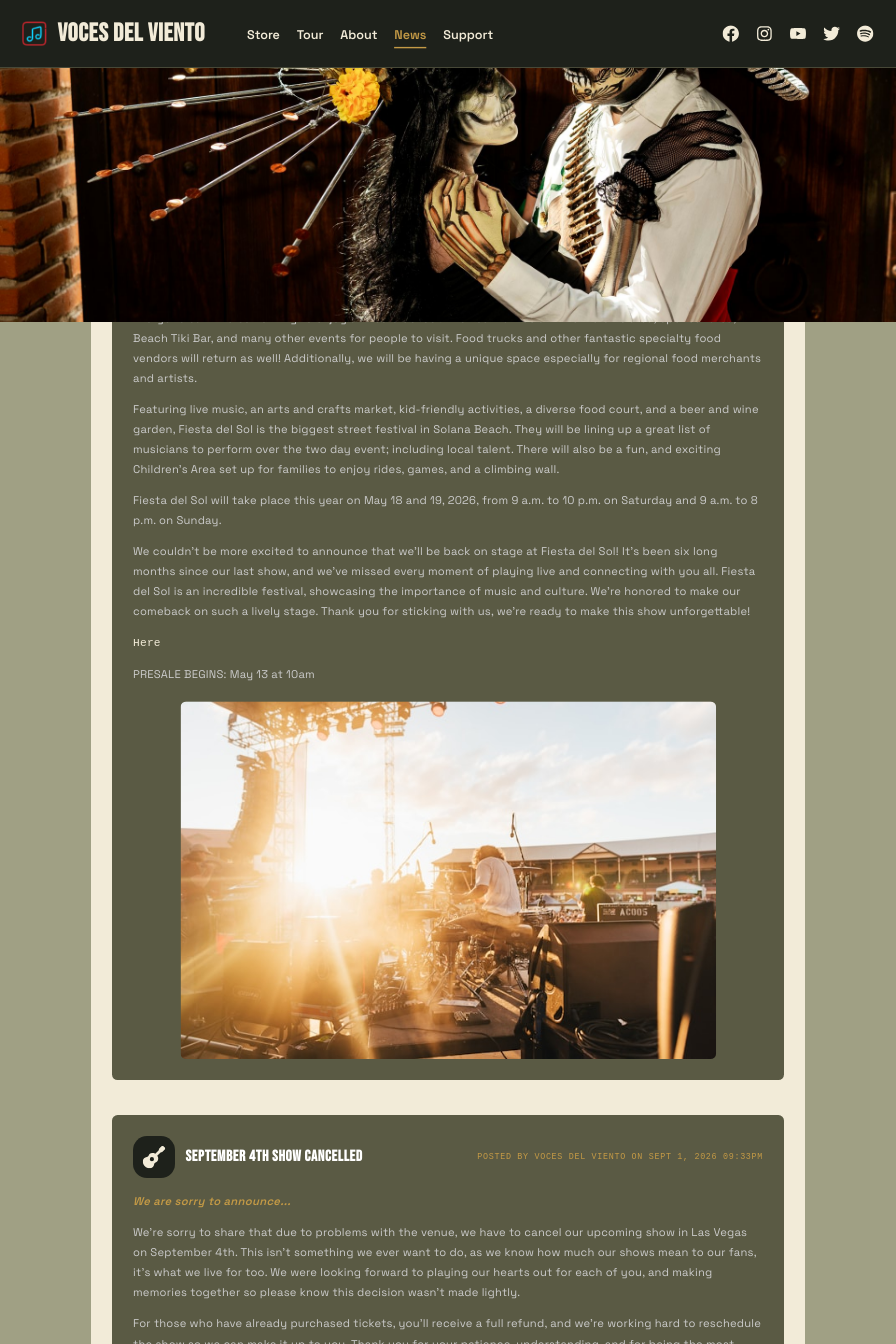
Repository: lime929/voices-del-viento
Page: /news
These files come from the project's save history. The page is drawn as it stood at one moment and after the next save; the edit follows.
The browser window is 1280 px wide. The pictures show the part of the page from y = 0 to 1920 px (the page is 4973 px tall before and 5433 px after), at 70% of full size.
The project was rebuilt for these pictures with package versions that can differ from the ones it lists, and the page was loaded fresh each time. The framework's server and built-in components were replaced by stand-ins that run in the browser. Also part of the build but not shown: next.config.mjs.

Above is the page before, as saved 2026-09-26 21:25:05.

### app/layout.jsx
import '../app/globals.css';
import Footer from '../app/components/Footer';
import NavBar from '../app/components/NavBar';


export const metadata = {
  title: "Voces del Viento",
  description:
    "Voces del Viento is a Mexican indie rock band from Michoacán, blending classic Latin rock influences with modern sounds inspired by Caifanes, Juanes, and Los Enanitos Verdes. Discover their heartfelt music, cultural roots, and energetic live performances.",
  keywords: [
    "Voces del Viento",
    "Mexican indie rock",
    "Michoacán, Mexico",
    "Latin rock",
    "Alternative music",
    "band from Mexico",
    "indie music",
  ],
};

export default function MainLayout({ children }) {
  return (
    <html lang="en">
      <body>
        <NavBar />
        {children}
        <Footer />
      </body>
    </html>
  );
}

### app/news/page.jsx
import styles from "./page.module.css";
import Image from "next/image";
import Post from "../components/Post";
import posts from "./posts.json";
import banner from "../../public/images/news/banner.jpg";

export const metadata = {
  title: "Voces del Viento | News",
  description: "Stay up to date with the latest news and updates from Voces del Viento.",
    keywords: [
    "Voces del Viento",
    "news",
    "Music news",
    "band updates",
    "Concert announcements",
    "Album releases",
    "Live performances",
    "Live updates",
  ]
}

export default function NewsPage() {
  return (
    <>
      <Image
        src={banner}
        alt="Band with Mariachi outfits performing on stage"
        sizes="100vw"
        className={styles.bannerImage}
        priority
      />

      <div className={styles.newsContainer}>
        <h2 className={styles.newsTitle}>Music News</h2>

        {posts.map((post) => (
          <Post key={post.id} post={post} />
        ))}
      </div>
    </>
  );
}

### app/globals.css
/* @import url("https://fonts.googleapis.com/css2?family=Bebas+Neue&family=DM+Sans:opsz,wght@9..40,400;9..40,500;9..40,600;9..40,700&family=Space+Mono:wght@400;700&display=swap");
@import url('https://fonts.googleapis.com/css2?family=Space+Grotesk:wght@300..700&display=swap'); */

@import url('https://fonts.googleapis.com/css2?family=Archivo+Black&family=Bebas+Neue&family=DM+Sans:ital,opsz,wght@0,9..40,100..1000;1,9..40,100..1000&family=Oswald:wght@200..700&family=Roboto+Mono:ital,wght@0,100..700;1,100..700&family=Space+Grotesk:wght@300..700&display=swap');
@import "tailwindcss";

@theme {
      /* Large headings and album titles */
  --font-display: "Bebas Neue", sans-serif;
    /* Paragraphs, navigation, and buttons */
  --font-body: "Space Grotesk", sans-serif;
    /* Dates, labels, and small details */
  --font-mono: "Space Mono", monospace;

    /* Main page background */
  --color-band-bg: #A0A084;
    /* Main text, dark sections & footer */
  --color-band-ink: #1E211B;
    /* Text on dark/red backgrounds */
  --color-band-cream: #F2EBD8;
    /* Borders and secondary accents */
  --color-band-olive: #5a5a44;
    /* Small highlights and labels */
  --color-band-gold: #C49A46;
}

body {
  font-family: var(--font-body);
  background-color: var(--color-band-bg);
  color: var(--color-band-ink);
  margin: 0;
  padding: 0;
}

### app/components/Footer.jsx
'use client';

import { usePathname } from "next/navigation";
export default function Footer() {
    const pathname = usePathname();

  return (
    <footer className="border-t border-band-olive bg-band-ink py-8 px-4 sm:px-6">
      <div className="mx-auto max-w-6xl">
        <div className="flex flex-col items-center justify-between gap-8 text-sm md:flex-row">
          {/* Copyright */}
          <div className="order-2 text-center md:order-1 md:text-left">
            <p className="font-semibold text-band-cream">
              © {new Date().getFullYear()}{' '}
              <span className="font-black text-band-cream">Voices Del Viento</span>
            </p>
            <p className="mt-1 font-mono text-xs tracking-wider text-band-gold">
              Made with Next.js, React & Tailwind by Liliana Mendez
            </p>
          </div>

          {/* Right links */}
          <nav className="order-1 flex items-center gap-6 md:order-2">
            <a
              href="/store"
              className={`${
                      pathname === "/store" ? "border-b-2 border-band-gold text-band-gold" : "border-b-2 border-transparent text-band-cream hover:text-band-gold hover:border-band-gold"
                    } text-sm font-semibold pb-1 transition-all`}
            >
              Store
            </a>
            <a
              href="/tour"
              className={`${
                      pathname === "/tour" ? "border-b-2 border-band-gold text-band-gold" : "border-b-2 border-transparent text-band-cream hover:text-band-gold hover:border-band-gold"
                    } text-sm font-semibold pb-1 transition-all`}
            >
              Tour
            </a>
            <a
              href="/about"
              className={`${
                      pathname === "/about" ? "border-b-2 border-band-gold text-band-gold" : "border-b-2 border-transparent text-band-cream hover:text-band-gold hover:border-band-gold"
                    } text-sm font-semibold pb-1 transition-all`}
            >
              About
            </a>
            <a
              href="/news"
              className={`${
                      pathname === "/news" ? "border-b-2 border-band-gold text-band-gold" : "border-b-2 border-transparent text-band-cream hover:text-band-gold hover:border-band-gold"
                    } text-sm font-semibold pb-1 transition-all`}
            >
              News
            </a>
            <a
              href="/support"
              className={`${
                      pathname === "/support" ? "border-b-2 border-band-gold text-band-gold" : "border-b-2 border-transparent text-band-cream hover:text-band-gold hover:border-band-gold"
                    } text-sm font-semibold pb-1 transition-all`}
            >
              Support
            </a>
          </nav>
        </div>
      </div>
    </footer>
  );
}

### app/components/NavBar.jsx
'use client';
import { useState } from "react";
import Link from "next/link";
import Image from "next/image";
import { usePathname } from "next/navigation";
import { FaBars, FaTimes, FaFacebook, FaInstagram, FaYoutube, FaTwitter,FaSpotify } from "react-icons/fa";
import logoIcon from '../../app/icon.png';

export default function NavBar() {
  const [isMobileMenuOpen, setIsMobileMenuOpen] = useState(false);
  const pathname = usePathname();

  return (
    <>
      <nav className="bg-band-ink border-b border-band-olive sticky top-0 z-50">
        <div className="px-4 lg:px-6">
          <div className="relative flex h-24 items-center justify-between">

            {/* Mobile menu button: always positioned absolute left and hidden on md+ screens */}
            <div className="absolute inset-y-0 left-0 flex items-center md:hidden">
              <button
                onClick={() => setIsMobileMenuOpen(!isMobileMenuOpen)}
                className="inline-flex items-center justify-center p-2 rounded-md text-band-cream hover:text-band-gold hover:bg-band-olive/20 focus:outline-none focus:ring-2 focus:ring-band-gold"
                aria-controls="mobile-menu"
                aria-expanded={isMobileMenuOpen}
              >
                <span className="sr-only">Open main menu</span>
                {isMobileMenuOpen ? (
                  <FaTimes className="block h-6 w-6" />
                ) : (
                  <FaBars className="block h-6 w-6" />
                )}
              </button>
            </div>

            <div className="flex flex-1 items-center justify-center md:justify-start">
              <Link href="/" className="flex flex-shrink-0 items-center gap-2 hover:opacity-90 transition">
                <Image
                  src={logoIcon}
                  alt="Voices Del Viento Logo"
                  width={50}
                  height={50}
                  priority
                />

                <span className="hidden font-display text-4xl font-bold uppercase tracking-wide text-band-cream transition-colors hover:text-band-gold md:block md:mr-9">
                Voces Del Viento
                </span>
              </Link>


              <div className="hidden md:ml-6 md:block md:pt-2">
                <div className="flex space-x-4 lg:space-x-6">
                  <Link
                    href="/store"
                    className={`${
                      pathname === "/store" ? "border-b-2 border-band-gold text-band-gold" : "border-b-2 border-transparent text-band-cream hover:text-band-gold hover:border-band-gold"
                    } text-lg font-semibold pb-1 transition-all`}
                  >
                    Store
                  </Link>
                  <Link
                    href="/tour"
                    className={`${
                      pathname === "/tour" ? "border-b-2 border-band-gold text-band-gold" : "border-b-2 border-transparent text-band-cream hover:text-band-gold hover:border-band-gold"
                    } text-lg font-semibold pb-1 transition-all`}
                  >
                    Tour
                  </Link>
                  <Link
                    href="/about"
                    className={`${
                      pathname === "/about" ? "border-b-2 border-band-gold text-band-gold" : "border-b-2 border-transparent text-band-cream hover:text-band-gold hover:border-band-gold"
                    } text-lg font-semibold pb-1 transition-all`}
                  >
                    About
                  </Link>
                  <Link
                    href="/news"
                    className={`${
                      pathname === "/news" ? "border-b-2 border-band-gold text-band-gold" : "border-b-2 border-transparent text-band-cream hover:text-band-gold hover:border-band-gold"
                    } text-lg font-semibold pb-1 transition-all`}
                  >
                    News
                  </Link>
                  <Link
                    href="/support"
                    className={`${
                      pathname === "/support" ? "border-b-2 border-band-gold text-band-gold" : "border-b-2 border-transparent text-band-cream hover:text-band-gold hover:border-band-gold"
                    } text-lg font-semibold pb-1 transition-all`}
                  >
                    Support
                  </Link>
                </div>
              </div>
            </div>

            <div className="absolute inset-y-0 right-0 flex items-center pr-2 md:static md:ml-6 md:pr-0">
              <div className="flex items-center gap-2 text-band-cream">
             <a href="https://www.facebook.com/" target="_blank" className="relative p-2 rounded-full transition-transform duration-250 ease-in-out hover:scale-110 hover:text-band-gold">
                    <FaFacebook className="h-6 w-6" />
                </a>
             <a href="https://www.instagram.com/" target="_blank" className="relative p-2 rounded-full transition-transform duration-250 ease-in-out hover:scale-110 hover:text-band-gold">
                    <FaInstagram className="h-6 w-6"/>
                </a>
             <a href="https://www.youtube.com/" target="_blank" className="relative p-2 rounded-full transition-transform duration-250 ease-in-out hover:scale-110 hover:text-band-gold">
                    <FaYoutube className="h-6 w-6" />
                </a>
             <a href="https://www.x.com/" target="_blank" className="relative p-2 rounded-full transition-transform duration-250 ease-in-out hover:scale-110 hover:text-band-gold">
                    <FaTwitter className="h-6 w-6" />
                </a>
            <a href="https://www.spotify.com/" target="_blank" className="relative p-2 rounded-full transition-transform duration-250 ease-in-out hover:scale-110 hover:text-band-gold">
                    <FaSpotify className="h-6 w-6" />
                </a>
              </div>
            </div>
          </div>
        </div>

        {/* Mobile menu */}
        {isMobileMenuOpen && (
          <div className="md:hidden bg-band-ink/95 backdrop-blur-md border-t border-band-olive px-4 pb-4 pt-2 space-y-1">
            <Link
              href="/store"
              className={`${
                pathname === "/store" ? "bg-band-olive/20 text-band-cream" : "border-b-2 border-transparent text-band-cream hover:bg-band-olive/20 hover:text-band-gold"
              } block rounded-md px-3 py-3 text-base font-semibold transition-colors`}
              onClick={() => setIsMobileMenuOpen(false)}
            >
              Store
            </Link>
            <Link
              href="/tour"
              className={`${
                pathname === "/tour" ? "bg-band-olive/20 text-band-cream" : "border-b-2 border-transparent text-band-cream hover:bg-band-olive/20 hover:text-band-gold"
              } block rounded-md px-3 py-3 text-base font-semibold transition-colors`}
              onClick={() => setIsMobileMenuOpen(false)}
            >
              Tour
            </Link>
            <Link
              href="/about"
              className={`${
                pathname === "/about" ? "bg-band-olive/20 text-band-cream" : "border-b-2 border-transparent text-band-cream hover:bg-band-olive/20 hover:text-band-gold"
              } block rounded-md px-3 py-3 text-base font-semibold transition-colors`}
              onClick={() => setIsMobileMenuOpen(false)}
            >
              About
            </Link>
            <Link
              href="/news"
              className={`${
                pathname === "/news" ? "bg-band-olive/20 text-band-cream" : "border-b-2 border-transparent text-band-cream hover:bg-band-olive/20 hover:text-band-gold"
              } block rounded-md px-3 py-3 text-base font-semibold transition-colors`}
              onClick={() => setIsMobileMenuOpen(false)}
            >
              News
            </Link>
            <Link
              href="/support"
              className={`${
                pathname === "/support" ? "bg-band-olive/20 text-band-cream" : "border-b-2 border-transparent text-band-cream hover:bg-band-olive/20 hover:text-band-gold"
              } block rounded-md px-3 py-3 text-base font-semibold transition-colors`}
              onClick={() => setIsMobileMenuOpen(false)}
            >
              Support
            </Link>
          </div>
        )}
      </nav>
    </>
  );
}

### app/news/page.module.css
.newsTitle {
  font-size: 4rem;
  color: var(--color-band-ink);
  font-family: var(--font-display);
  font-weight: 900;
  font-style: bold;
  text-align: center;
  text-decoration: underline;
  margin-top: -20px;
}

.newsContainer {
  max-width: 1020px;
  margin: 40px auto;
  padding: 30px;
  background-color: var(--color-band-cream);
  border-radius: 8px;
}

.newsContent {
  background-color: var(--color-band-olive);
  padding: 30px;
  border-radius: 8px;
  line-height: 1.8;
  margin-bottom: 50px;
}

.newsPost {
  color: #ccc;
  font-family: var(--font-body);
  font-weight: 400;
  font-style: normal;
  letter-spacing: 0.02em;
  line-height: 1.8;
}

.postHeader {
  display: flex;
  align-items: center;
  width: 100%;
  gap: 15px;
  margin-bottom: 20px;
}

.postLogo {
  display: inline-flex;
  align-items: center;
  justify-content: center;
  padding: 14px;
  background-color: var(--color-band-ink);
  border-radius: 20px;
}

.guitarIcon {
  font-size: 2rem;
  color: var(--color-band-cream);
}

.postTitle {
  flex: 1;
  font-size: 22px;
  font-weight: 700;
  color: #fff;
  line-height: 1.4;
  font-family: var(--font-display);
  letter-spacing: 0.04em;
  text-transform: uppercase;
}

.postMeta {
  font-size: 12px;
  /* color: #bda3a3; */
  color: var(--color-band-gold);
  margin-top: 5px;
  margin-left: auto;
  font-family: var(--font-mono);
  text-transform: uppercase;
  letter-spacing: 0.08em;
}

.postDescription {
  font-style: italic;
  color: var(--color-band-gold);
  margin: 20px 0;
  font-family: var(--font-body);
  font-weight: 600;
  letter-spacing: 0.03em;
}

.newsPost p {
  margin: 15px 0;
}

.newsPost a {
  color: var(--color-band-cream);
  text-decoration: none;
  font-family: var(--font-mono);
}

.newsPostLink {
  color: var(--color-band-cream);
  font-family: var(--font-mono);
  text-decoration: none;
}

.newsPost a:hover,
.newsPostLink:hover {
  text-decoration: underline;
}

.postImage {
  display: block;
  margin: 25px auto 0;
  width: 85%;
  border-radius: 8px;
}

.bannerImage {
  display: block;
  width: 100%;
  height: 460px;
  object-fit: cover;
  object-position: center 30%;
  margin: 0 auto 30px;
}

.bannerImage {
   position: absolute;
  inset: 0;
  width: 100%;
  height: 460px;
  object-fit: cover;
  object-position: center;
}

### app/components/Post.jsx
import styles from "../news/page.module.css";
import { FaGuitar } from "react-icons/fa";
import Image from "next/image";

export default function Post({ post }) {
  return (
    <div className={styles.newsContent}>
      <div className={styles.newsPost}>
        <div className={styles.postHeader}>
          <span className={styles.postLogo}>
            <FaGuitar className={styles.guitarIcon} aria-hidden="true" />
          </span>
          <h3 className={styles.postTitle}>{post.title}</h3>
          <p className={styles.postMeta}>{post.meta}</p>
        </div>

        {post.description && (
          <p className={styles.postDescription}>{post.description}</p>
        )}

        {post.paragraphs?.map((paragraph, index) => (
          <p key={`${post.id}-paragraph-${index}`}>{paragraph}</p>
        ))}

        {post.link && (
          <p>
            <a href={post.link.href} className={styles.newsPostLink}>
              {post.link.text}
            </a>
          </p>
        )}

        {post.extraLine && <p>{post.extraLine}</p>}

        {post.image && (
          <Image
            src={post.image.src}
            alt={post.image.alt}
            width={1200}
            height={800}
            sizes="100vw"
            className={styles.postImage}
          />
        )}
      </div>
    </div>
  );
}

Loaded but not shown: app/news/posts.json (83 lines, source omitted)

After the next save:
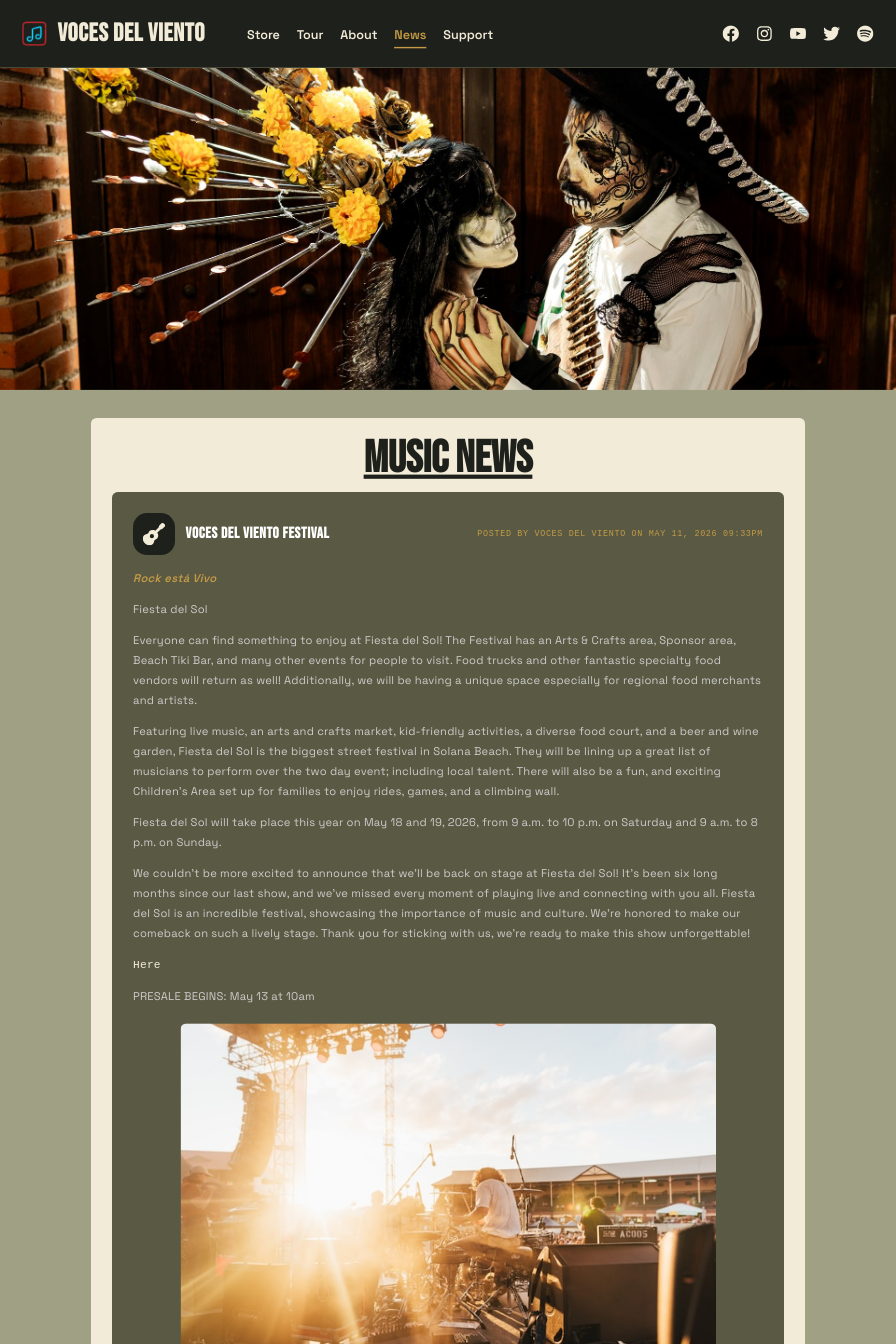
Saved 7 s later.
--- a/app/news/page.module.css
+++ b/app/news/page.module.css
@@ -124,11 +124,11 @@
   margin: 0 auto 30px;
 }
 
-.bannerImage {
+/* .bannerImage {
    position: absolute;
   inset: 0;
   width: 100%;
   height: 460px;
   object-fit: cover;
   object-position: center;
-}
+} */
